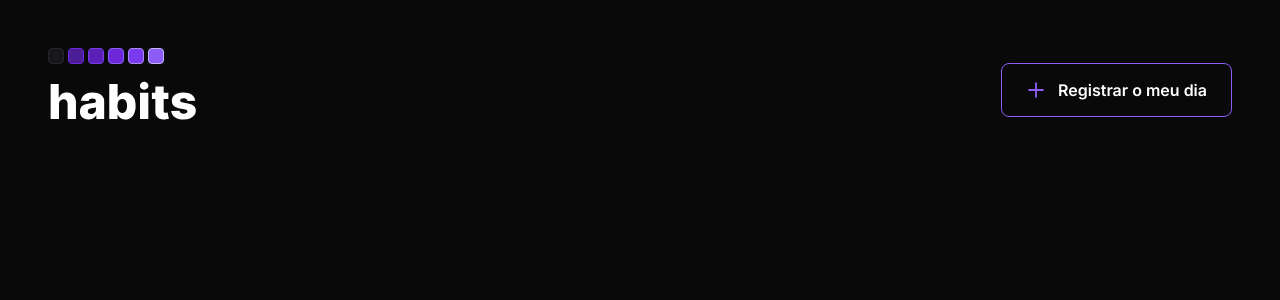
Repository: AntonyCosta/nlw-setup
Page: index.html
The author's editor kept a copy of each file at every save. The page is drawn from the files as they stood at one save, then again after a run of saves.
The browser window is 1280 px wide. The pictures show the whole page.

Above is the page before, as saved 2023-01-18 03:33:59.

After the next 2 saves:
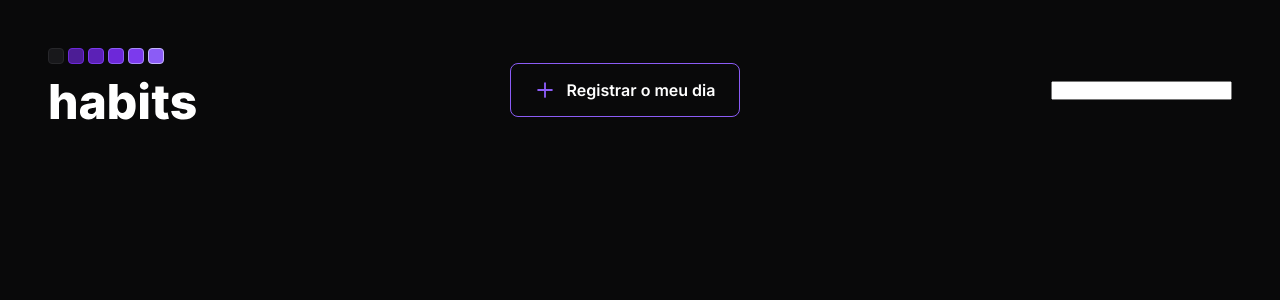
The 2 saves are shown as one change because they came seconds apart.
The last was saved 67 s later.
--- a/index.html
+++ b/index.html
@@ -20,6 +20,8 @@
         <img src="./assets/plus.svg" alt="" />
         Registrar o meu dia
       </button>
+
+      <input type="text" />
     </header>
   </body>
 </html>
